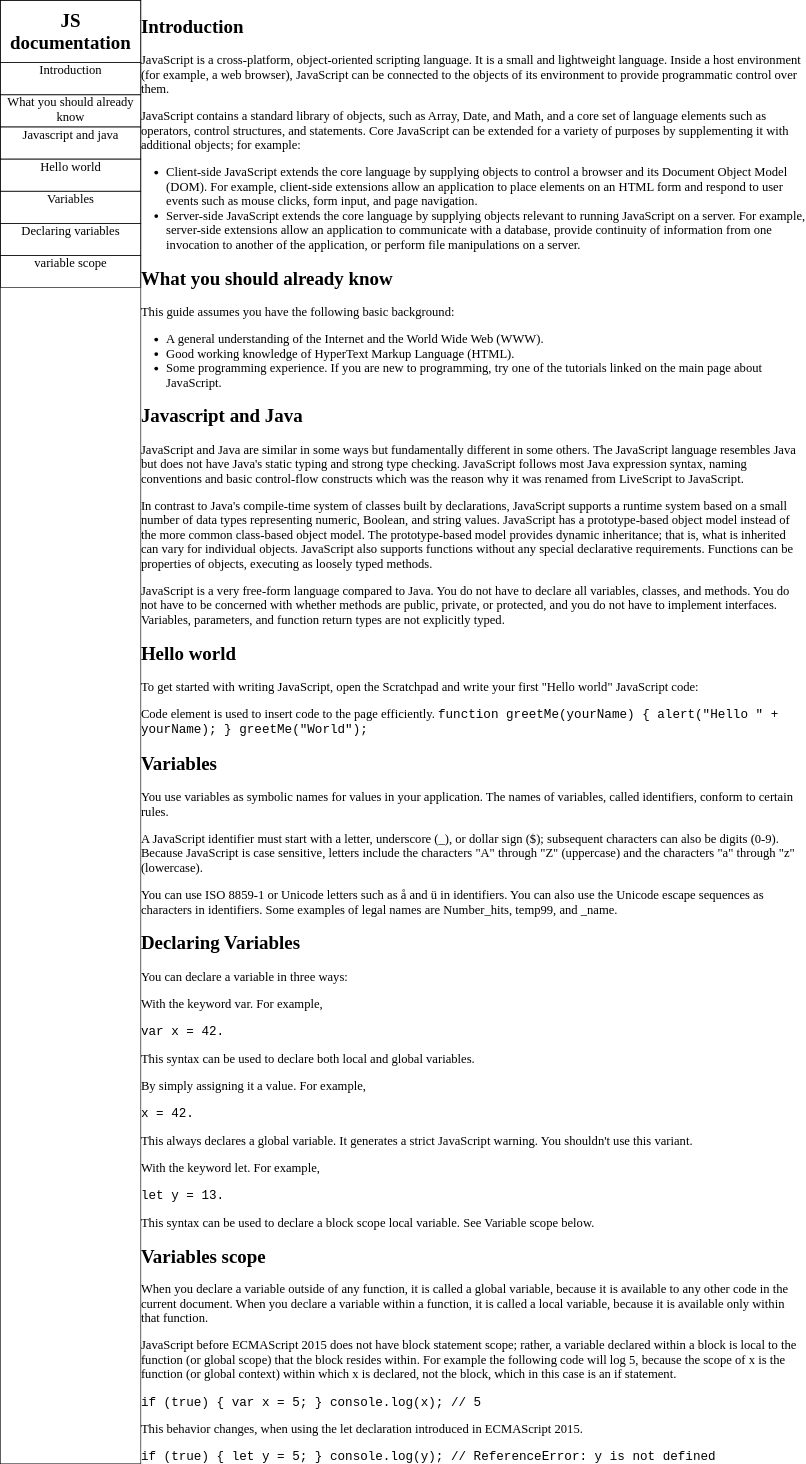
Repository: Pafestivo/Technical-documentation
Page: index.html
An editor plug-in stored every save of this project. The page is shown before and after the next save, followed by the edit.
The browser window is 1280 px wide. The pictures show the whole page, at 63% of full size.

Above is the page before, as saved 2022-09-07 13:32:23.

### index.html
<!DOCTYPE html>
<html lang="en">
<head>
    <meta charset="UTF-8">
    <meta name="viewport" content="width=device-width, initial-scale=1.0">
    <link rel="stylesheet" href="styles.css">
    <title>Technical Documentation Page</title>
</head>
<body>
  <nav id="navbar">
    <header>
      <h1>JS documentation</h1>
    </header>
    <ul>
      <li><a id="nav-link" href="#introduction">Introduction</a></li>
      <li><a id="nav-link" href="#what_you_should_already_know">What you should already know</a></li>
      <li><a id="nav-link" href="#javascript_and_Java">Javascript and java</a></li>
      <li><a id="nav-link" href="#hello_world">Hello world</a></li>
      <li><a id="nav-link" href="#variables">Variables</a></li>
      <li><a id="nav-link" href="#declaring_variables">Declaring variables</a></li>
      <li><a id="nav-link" href="#variable_scope">variable scope</a></li>
    </ul>
  </nav>
  <main id="main-doc">
    <section id="introduction" class="main-section">
      <h1>Introduction</h1>

      <p>JavaScript is a cross-platform, object-oriented scripting language. It is a small and lightweight language. Inside a host environment (for example, a web browser), JavaScript can be connected to the objects of its environment to provide programmatic control over them.</p>

      <p>JavaScript contains a standard library of objects, such as Array, Date, and Math, and a core set of language elements such as operators, control structures, and statements. Core JavaScript can be extended for a variety of purposes by supplementing it with additional objects; for example:</p>

      <ul>
        <li>Client-side JavaScript extends the core language by supplying objects to control a browser and its Document Object Model (DOM). For example, client-side extensions allow an application to place elements on an HTML form and respond to user events such as mouse clicks, form input, and page navigation.</li>
        <li>Server-side JavaScript extends the core language by supplying objects relevant to running JavaScript on a server. For example, server-side extensions allow an application to communicate with a database, provide continuity of information from one invocation to another of the application, or perform file manipulations on a server.</li>
      </ul>
    </section>

    <section id="what_you_should_already_know" class="main-section">
        <h1>What you should already know</h1>

        <p>This guide assumes you have the following basic background:</p>

        <ul>
          <li>A general understanding of the Internet and the World Wide Web (WWW).</li>
          <li>Good working knowledge of HyperText Markup Language (HTML).</li>
          <li>Some programming experience. If you are new to programming, try one of the tutorials linked on the main page about JavaScript.</li>
        </ul>
      </section>

      <section id="javascript_and_Java" class="main-section">
        <h1>Javascript and Java</h1>

        <p>JavaScript and Java are similar in some ways but fundamentally different in some others. The JavaScript language resembles Java but does not have Java's static typing and strong type checking. JavaScript follows most Java expression syntax, naming conventions and basic control-flow constructs which was the reason why it was renamed from LiveScript to JavaScript.</p>

        <p>In contrast to Java's compile-time system of classes built by declarations, JavaScript supports a runtime system based on a small number of data types representing numeric, Boolean, and string values. JavaScript has a prototype-based object model instead of the more common class-based object model. The prototype-based model provides dynamic inheritance; that is, what is inherited can vary for individual objects. JavaScript also supports functions without any special declarative requirements. Functions can be properties of objects, executing as loosely typed methods.</p>

        <p>JavaScript is a very free-form language compared to Java. You do not have to declare all variables, classes, and methods. You do not have to be concerned with whether methods are public, private, or protected, and you do not have to implement interfaces. Variables, parameters, and function return types are not explicitly typed.</p>
      </section>

      <section id="hello_world" class="main-section">
        <h1>Hello world</h1>
        <p>To get started with writing JavaScript, open the Scratchpad and write your first "Hello world" JavaScript code:</p>

        Code element is used to insert code to the page efficiently.
        <code>
            function greetMe(yourName) { alert("Hello " + yourName); }
            greetMe("World");
        </code>
      </section>

      <section id="variables" class="main-section">
        <h1>Variables</h1>

        <p>You use variables as symbolic names for values in your application. The names of variables, called identifiers, conform to certain rules.</p>

        <p>A JavaScript identifier must start with a letter, underscore (_), or dollar sign ($); subsequent characters can also be digits (0-9). Because JavaScript is case sensitive, letters include the characters "A" through "Z" (uppercase) and the characters "a" through "z" (lowercase).</p>

        <p>You can use ISO 8859-1 or Unicode letters such as å and ü in identifiers. You can also use the Unicode escape sequences as characters in identifiers. Some examples of legal names are Number_hits, temp99, and _name.</p>
      </section>

      <section id="declaring_variables" class="main-section">
        <h1>Declaring Variables</h1>

        <p>You can declare a variable in three ways:</p>

        <p>With the keyword var. For example,</p>
        <code>
            var x = 42.
        </code>

        <p>This syntax can be used to declare both local and global variables.</p>

        <p>By simply assigning it a value. For example,</p>
        <code>
            x = 42.
        </code>

        <p>This always declares a global variable. It generates a strict JavaScript warning. You shouldn't use this variant.</p>

        <p>With the keyword let. For example,</p>
        <code>
            let y = 13.
        </code>

        <p>This syntax can be used to declare a block scope local variable. See Variable scope below.</p>
      </section>

      <section id="variable_scope" class="main-section">
        <h1>Variables scope</h1>

        <p>When you declare a variable outside of any function, it is called a global variable, because it is available to any other code in the current document. When you declare a variable within a function, it is called a local variable, because it is available only within that function.</p>

        <p>JavaScript before ECMAScript 2015 does not have block statement scope; rather, a variable declared within a block is local to the function (or global scope) that the block resides within. For example the following code will log 5, because the scope of x is the function (or global context) within which x is declared, not the block, which in this case is an if statement.</p>
        <code>
            if (true) { var x = 5; } console.log(x); // 5
        </code>

        <p>This behavior changes, when using the let declaration introduced in ECMAScript 2015.</p>
        <code>
            if (true) { let y = 5; } console.log(y); // ReferenceError: y is
not defined
        </code>
  </main>

</body>
</html>

### styles.css
html {
  box-sizing: border-box;
  scroll-behavior: smooth;
  font-size: 20px;
}

body {
  display: flex;
  padding: 0;
  margin: 0;
  min-width: 290px;
}

/* Navigation bar  */
#navbar {
  border: 1px solid #000;
}

#navbar header {
  margin: -1px;
}

#navbar header h1{
  margin: 0;
  padding: 15px;
  border: 1px solid #000;
  text-align: center;
}

#navbar ul {
  list-style: none;
  margin: 0;
  padding: 0;
}

#navbar ul li {
  margin: -1px;
}

#navbar ul a {
  display: block;
  text-decoration: none;
  color: #000;
  height: 50px;
  border: 1px solid #000;
  text-align: center;
}

/* Navigation bar end  */

After the next save:
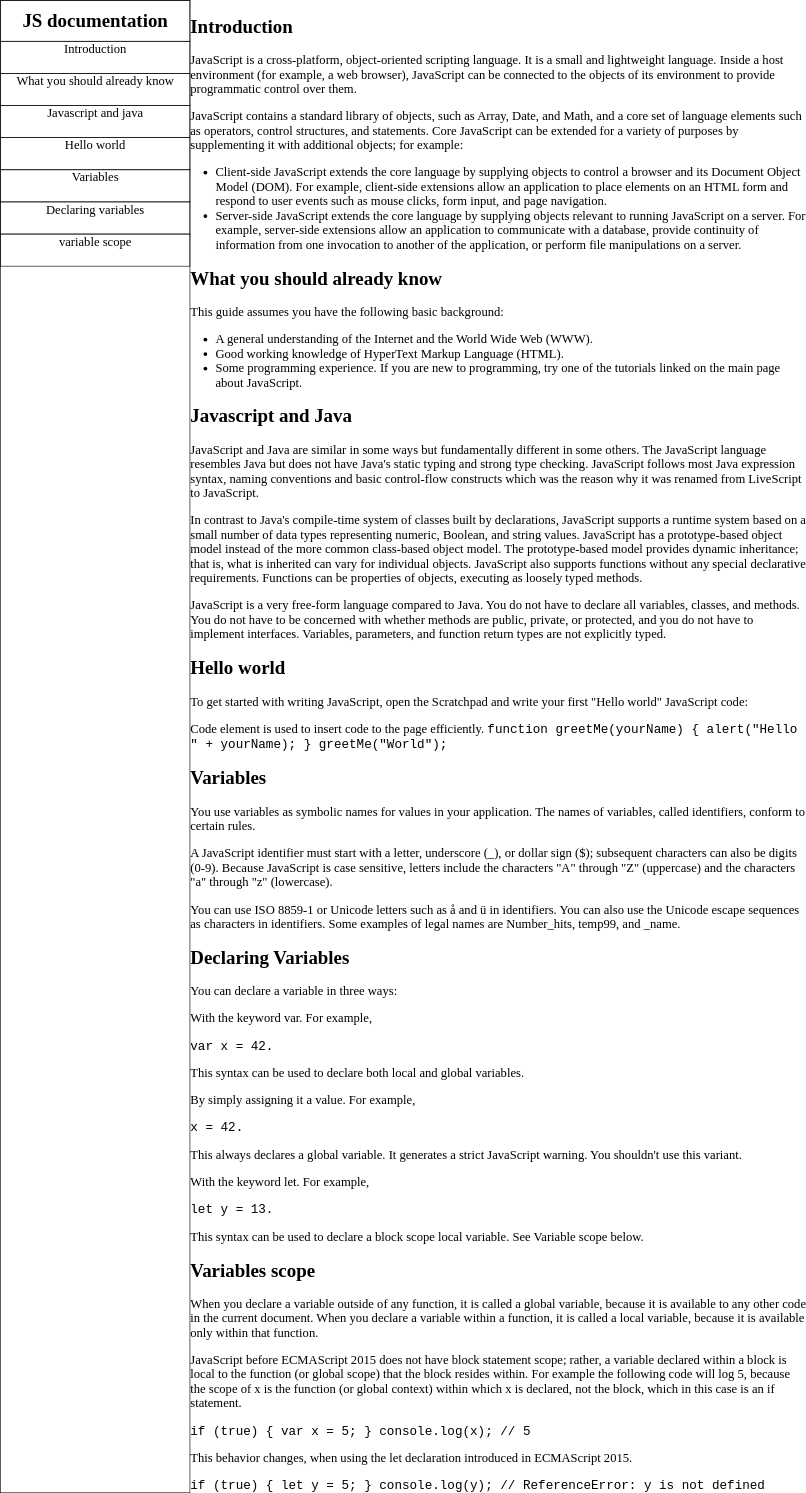
Saved 13 s later.
--- a/styles.css
+++ b/styles.css
@@ -14,6 +14,7 @@ body {
 /* Navigation bar  */
 #navbar {
   border: 1px solid #000;
+  min-width: 300px;
 }
 
 #navbar header {
